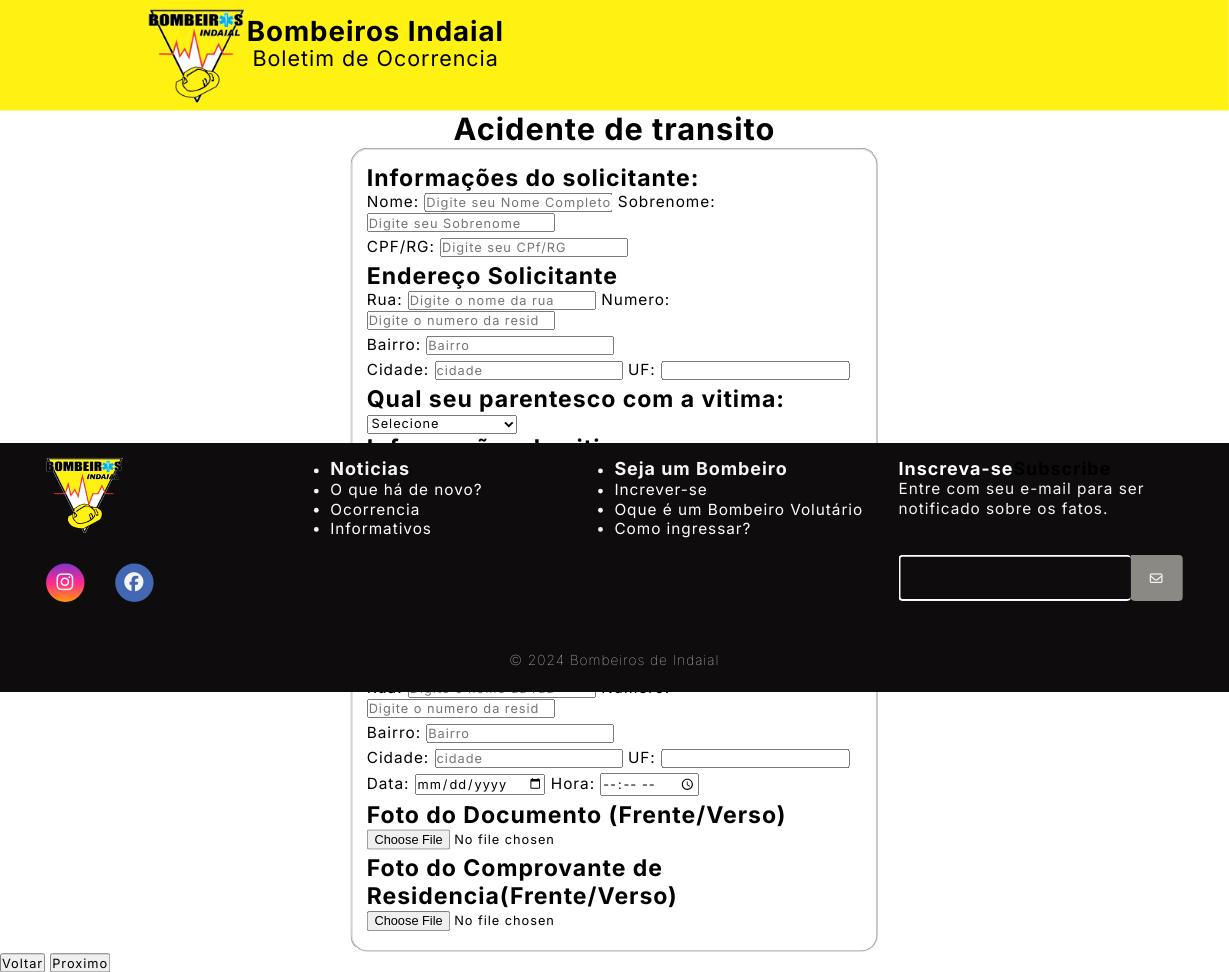
Repository: ThaylonKnopf/ProjetoBV
Page: AcidenteTransito/transitoparente/Form.html
These files come from the project's save history. The page is drawn as it stood at one moment and after a run of saves; the edit follows.
The browser window is 1280 px wide. The pictures show the whole page, at 96% of full size.

Above is the page before, as saved 2024-04-08 11:39:07.

### AcidenteTransito/transitoparente/Form.html
<!DOCTYPE html>
<html lang="pt-BR">

    <head>
        <meta charset="UTF-8">
        <meta name="viewport" content="width=device-width, initial-scale=1.0">
        <title>Requisição de B.O.</title>
        <link rel="stylesheet" href="estilo-fato.css">
        <link rel="shortcut icon"
            href="https://storage.googleapis.com/production-hostgator-brasil-v1-0-9/629/1202629/afAiZAhX/4db7fe933b1247ebbdbe06664fbece59">
        <link rel="stylesheet" href="https://cdnjs.cloudflare.com/ajax/libs/font-awesome/6.5.2/css/all.min.css"
            integrity="sha512-SnH5WK+bZxgPHs44uWIX+LLJAJ9/2PkPKZ5QiAj6Ta86w+fsb2TkcmfRyVX3pBnMFcV7oQPJkl9QevSCWr3W6A=="
            crossorigin="anonymous" referrerpolicy="no-referrer" />

    </head>

    <body>
        <header>
            <link rel="stylesheet" href="/header/footer/header.css">
            <main>
                <source media="(min-width:320px)" srcset="" sizes="300px">
                <div class="titulo">
                    <h1>Bombeiros&nbsp;Indaial</h1>
                </div>
                <div class="img">
                    <a href="https://bombeirosindaial.com.br/" target="_blank"><img src="../img/m.png"
                            alt="logo-bombeiro"></a>
                </div>
                <div class="p">
                    <p>Boletim&nbsp;de&nbsp;Ocorrencia</p>
                </div>
                </nav>
            </main>
        </header>
        <main class="menuh1">
            <h1>Acidente de transito</h1>
        </main>
        <form>
            <fieldset>
                <h2>Informações do solicitante:</h2>
                <div class="campo" required>
                    <label for="nome">Nome:</label>
                    <input type="text" name="nome" id="nome" placeholder="Digite seu Nome Completo" required>
                    <label for="sobrenome">Sobrenome:</label>
                    <input type="text" name="sobrenome" id="sobrenome" placeholder="Digite seu Sobrenome" required>
                </div>
                <div id="cpf">
                    <label for="cfp">CPF/RG:</label>
                    <input type="text" name="cfp" id="cpf" placeholder="Digite seu CPf/RG" required>
                </div>
                <h2>Endereço Solicitante</h2>
                <div id="rua">
                    <label for="rua">Rua:</label>
                    <input type="text" name="rua" id="rua" placeholder="Digite o nome da rua" required>
                    <label for="rua">Numero:</label>
                    <input type="number" name="numero" id="numero" placeholder="Digite o numero da residencia."
                        required>
                </div>
                <div id="bairro">
                    <label for="bairro">Bairro:</label>
                    <input type="text" name="bairro" id="bairro" placeholder="Bairro" required>
                </div>
                <div>
                    <label for="cidade">Cidade:</label>
                    <input type="text" name="cidade" id="cidade" placeholder="cidade" required>
                    <label for="estado">UF:</label>
                    <input type="text" name="estado" id="estado" required>
                </div>
                <h2>Qual seu parentesco com a vitima:</h2>
                <select name="parentesco" id="parente">
                    <option selected disabled value="">Selecione</option>
                    <option>Pai/Mae</option>
                    <option>Irmão/Irmã</option>
                    <option>Conjuge</option>
                    <option>Filho/Filha</option>
                    <option>Avô/Avó</option>
                    <option>Responsável Legal</option>
                </select>
                <h2>Informações da vitima:</h2>
                <div class="campov">
                    <label for="nomev">Nome:</label>
                    <input type="text" name="nome" id="nomev" placeholder="Digite seu Nome" required>
                    <label for="sobrenome">Sobrenome:</label>
                    <input type="text" name="sobrenome" id="sobrenomev" placeholder="Digite seu Sobrenome" required>
                </div>
                <div id="cpfv">
                    <label for="cfp">CPF/RG:</label>
                    <input type="text" name="cfp" id="cpfv" placeholder="Digite seu CPf/RG" required>
                </div>
                <h2>Endereço Vitima</h2>
                <div id="ruav">
                    <label for="rua">Rua:</label>
                    <input type="text" name="rua" id="ruavi" placeholder="Digite o nome da rua" required>
                    <label for="numero">Numero:</label>
                    <input type="number" name="numero" id="numerov" placeholder="Digite o numero da residencia."
                        required>
                </div>
                <div id="bairrov">
                    <label for="bairro">Bairro:</label>
                    <input type="text" name="bairro" id="bairrov" placeholder="Bairro" required>
                </div>
                <div>
                    <label for="cidade">Cidade:</label>
                    <input type="text" name="cidade" id="cidadev" placeholder="cidade" required>
                    <label for="estado">UF:</label>
                    <input type="text" name="estado" id="estadov" required>
                <h2>Informações da ocorrencia:</h2>
                <div id="ruao">
                    <label for="rua">Rua:</label>
                    <input type="text" name="rua" id="ruaoc" placeholder="Digite o nome da rua" required>
                    <label for="numero">Numero:</label>
                    <input type="number" name="numero" id="numeroc" placeholder="Digite o numero da residencia."
                        required>
                </div>
                <div id="bairroc">
                    <label for="bairro">Bairro:</label>
                    <input type="text" name="bairro" id="bairroc" placeholder="Bairro" required>
                </div>
                <div>
                    <label for="cidade">Cidade:</label>
                    <input type="text" name="cidade" id="cidadec" placeholder="cidade" required>
                    <label for="estado">UF:</label>
                    <input type="text" name="estado" id="estadoc" required>
                </div>
                <div id="data">
                    <label for="data">Data:</label>
                    <input type="date" name="dataoc" id="dataoc">
                    <label for="hora">Hora:</label>
                    <input type="time" name="horaoc" id="horaoc">
                </div>
                <div class="doc">
                    <h2>Foto do Documento (Frente/Verso)</h2>
                    <input type="file" name="doc" id="doc">
                </div>
                <div class="res">
                    <h2>Foto do Comprovante de Residencia(Frente/Verso)</h2>
                    <input type="file" name="doc">
                </div>
            </fieldset>
    </form>
        <main class="main-botao">
            <div class="continuar" required>
                <a href="../transitoselecionar/transito1.html"><button class="voltar">Voltar</button></a>
                <a href="/AcidenteTransito/transitoparente/Concluido.html"><button class="prox" required>Proximo</button></a>
            </div>
        </main>
        <footer id="footer">
            <link rel="stylesheet" href="/header/footer/footer.css">
            <div id="footer_content">
                <div id="footer_contacts">
                    <a href="https://bombeirosindaial.com.br/" target="_blank">
                        <h1>
                            <img src="../img/m.png" width="80px" alt="">
                        </h1>
                    </a>
                    <div id="footer_social_media">
                        <a href="#" class="footer-link" id="instagram">
                            <i class="fa-brands fa-instagram"></i>
                        </a>
                        <a href="#" class="footer-link" id="facebook">
                            <i class="fa-brands fa-facebook"></i>
                        </a>
                    </div>
                </div>
                <ul class="footer-list">
                    <li>
                        <h3>Noticias</h3>
                    </li>
                    <li>
                        <a href="#" class="footer-link">O que há de novo?</a>
                    </li>
                    <li>
                        <a href="#" class="footer-link">Ocorrencia</a>
                    </li>
                    <li>
                        <a href="#" class="footer-link">Informativos</a>
                    </li>
                </ul>
                <ul class="footer-lists">
                    <li>
                        <h3 id="pro">Seja um Bombeiro</h3>
                    </li>
                    <li>
                        <a href="#" class="footer-links">Increver-se</a>
                    </li>
                    <li>
                        <a href="#" class="footer-links">Oque é um Bombeiro Volutário</a>
                    </li>
                    <li>
                        <a href="#" class="footer-links">Como ingressar?</a>
                    </li>
                </ul>
                <div id="footer_subscribe">
                    <h3>Subscribe</h3>
                    <p>
                        Entre com seu e-mail para ser notificado sobre os fatos.
                    </p>
                    <div id="input_group">
                        <input type="email" id="email">
                        <button>
                            <i class="fa-regular fa-envelope"></i>
                        </button>
                    </div>
                </div>
            </div>
            <div id="footer_copyright">
                &#169
                2024 Bombeiros de Indaial
            </div>
        </footer>
        <script src="script.js"></script>
    </body>

</html>

### AcidenteTransito/transitoparente/estilo-fato.css
@charset "UTF-8";

@import url('https://fonts.googleapis.com/css2?family=Bebas+Neue&family=Inter:wght@100..900&display=swap');

:root {
    --color-neutral-0: #0e0c0c;
    --color-neutral-10: #171717;
    --color-neutral-30: #a8a29e;
    --color-neutral-40: #f5f5f5;

}

* {
    margin: 0PX;
    padding: 0PX;
    font-family: 'Inter', sans-serif;
    box-sizing: border-box;
    letter-spacing: 1px;
}

P {
    margin: 15px 0px 15px 0px;
}
.menuh1{
    margin:auto;
    max-width: 470px;
    text-align: center;
}

form{
    max-width: 550px;
    margin: auto;
}
fieldset{
    border-radius: 18px;
    padding: 15px;
}
fieldset div{
    margin-bottom: 5px;
}

@media (max-width: 970px) {
    .menu section {
        width: 80%;
    }
    .menuh1{
        width: 80%;
    }
    form fieldset{
        width: 470px;
        margin: 10px;
    }
    fieldset div{
        display: grid;
    }
    fieldset div input{
        margin-left: 25px;
        margin-right: 20px;
    }

    .res{
        margin-right: 20px;
        margin-bottom: 20px;
    }
    .menuh1 form h2{
        margin-left: 10px;
    }
}
@media screen and (max-width: 376px) {
    .tit{
        margin-top: -100px;
    }
    .menu .container{
        width: 80%;
        margin-top: 150px;
    }
    .menu {
        width: 300px;
    }
}
@media screen and (max-width: 375px) {
    .tit{
        margin-top: -100px;
    }
    .menu .container{
        width: 80%;
        margin-top: 150px;
    }
    .menu {
        width: 300px;
    }
}

### header/footer/header.css
@charset "UTF-8";

@import url('https://fonts.googleapis.com/css2?family=Bebas+Neue&family=Inter:wght@100..900&display=swap');

:root {
    --color-neutral-0: #0e0c0c;
    --color-neutral-10: #171717;
    --color-neutral-30: #a8a29e;
    --color-neutral-40: #f5f5f5;

}

* {
    margin: 0PX;
    padding: 0PX;
    font-family: 'Inter', sans-serif;
    box-sizing: border-box;
    letter-spacing: 1px;
}

main {
    height: auto;
}
main .titu{
    text-align: center;
}

P {
    margin: 15px 0px 15px 0px;
}

header {
    background-color: #FFF212;
    height: 115px;
    padding-top: 10px;
    padding-bottom: 0px;
}

header main {
    background-color: #FFF212;
    width: 900px;
    margin: auto;
    padding-top: 0px;
    padding-bottom: 0px;
    height: 90px;

}

header main h1 {
    margin-left: 67px;
    font-size: 1.8em;
    padding-top: 5px;
    margin-top: 0px;
}

header main img {
    width: 100px;
    margin-top: -40px;
    margin-left: -35px;
}

header main p {
    margin-left: 73px;
    margin-top: -64px;
    font-size: 1.4em;
}
@media screen and (max-width: 976px) {
    header main{
        margin: auto;
        width: 80%;
    }
}

@media screen and (max-width: 499px) {
    header{
        height: 110px;
    }
    header main{
        margin: auto;
        font-size: 12px;
        align-items: center;
    }
    header main img{
        width: 80px;
        margin-top: -25px;
        margin-left: -15px;
    }
    header main h1{
        margin-bottom: 5px;
        margin-left: 70px;
    }
    header main p {
        margin-top: -55px;
    }
}

### header/footer/footer.css
@charset "UTF-8";

@import url('https://fonts.googleapis.com/css2?family=Bebas+Neue&family=Inter:wght@100..900&display=swap');

:root {
    --color-neutral-0: #0e0c0c;
    --color-neutral-10: #171717;
    --color-neutral-30: #a8a29e;
    --color-neutral-40: #f5f5f5;

}

* {
    margin: 0PX;
    padding: 0PX;
    font-family: 'Inter', sans-serif;
    box-sizing: border-box;
    letter-spacing: 1px;
}

footer {
    position: fixed;
    bottom: 0;
    left: 0%;
    color: var(--color-neutral-40);
}

.footer-link {
    text-decoration: none;
    color: white;
}

.footer-links {
    text-decoration: none;
    color: white;
}

#footer_content {
    background-color: var(--color-neutral-0);
    display: grid;
    grid-template-columns: repeat(4, 1fr);
    padding: 1rem 3rem;
    max-height: 205px;

}

#footer_contacts {
    margin-bottom: 0.75rem;
}

#footer_social_media {
    display: flex;
    gap: 2rem;
    margin-top: 1.5rem;
}

#footer_social_media .footer-link {
    display: flex;
    align-items: center;
    justify-content: center;
    height: 2.5rem;
    width: 2.5rem;
    color: var(--color-neutral-40);
    border-radius: 50%;
    transition: 0.4s;
}

#footer_social_media .footer-link i {
    font-size: 1.25rem;
}

#footer_social_media .footer-link:hover {
    opacity: 0.8;
}

#instagram {
    background: linear-gradient(#7f37c9, #ff2992, #ff9807);
    text-decoration: none;
}

#facebook {
    background-color: #4267b3;
    text-decoration: none;
}

.footer_list {
    display: flex;
    flex-direction: column;
    gap: 0.75rem;
    list-style: none;

}

.footer-link:hover{
    text-decoration: underline;
}
.footer-links:hover{
    text-decoration: underline;
}

#footer_subscribe {
    display: flex;
    flex-direction: column;
    gap: 1.5rem;
}

#footer_subscribe h3::before{
    content: "Inscreva-se";
    color:white;
}
#footer_subscribe h3{
    color:black;
    margin-bottom: -40px;
}
#footer_subscribe p {
    color: var(--color-neutral-40);
}

#input_group {
    display: flex;
    align-items: center;
    background-color: 4px;
    border-radius: 4px;
}

#input_group input {
    all: unset;
    padding: 0.75rem;
    width: 100%;
    border-top: 2px solid white;
    border-bottom: 2px solid white;
    border-left: 2px solid white;
    border-radius: 4px;
}

#input_group button {
    background-color: #8a8984;
    border: none;
    color: var(--color-neutral-40);
    padding: 0px 1.25rem;
    height: 100%;
    border-radius: 0px 4px 4px 4px;
    cursor: pointer;
    transition: all 0.4s;
}

#input_group button:hover {
    opacity: 0.8;
}

#footer_copyright {
    display: flex;
    justify-content: center;
    background-color: var(--color-neutral-0);
    font-size: 0.9rem;
    padding: 1.5rem;
    font-weight: 100;
}

@media screen and (max-width:768px) {
    #footer_content {
        grid-template-columns: repeat(2, 1fr);
        gap: 2rem;
    }

    #input_group input {
        border-top: 2px solid rgb(0, 0, 0);
        border-bottom: 2px solid rgb(0, 0, 0);
        border-left: 2px solid rgb(0, 0, 0);
        border-radius: 4px;

    }

    #footer {
        position: relative;
    }

    #footer_subscribe{
        margin-top: 65px;
    }

    #footer_subscribe h3::before {
        color: rgb(0, 0, 0);
        content: "Inscreva-se";
    }
    #footer_subscribe h3{
        color:white;

    }

    #footer_subscribe p {
        color: rgb(0, 0, 0);
        margin-top: 15px;
    }

    .footer-lists{
        margin-top: 65px;
    }

    .footer-links {
        color: black;
        text-decoration: none;
    }

    #pro {
        color: black;
    }
    .footer-links:hover {
        color: black;
        text-decoration: underline;
    }
    .footer-link:hover {
        text-decoration: underline;
    }


}

@media screen and (max-width:426px) {
    #footer_content {
        grid-template-columns: repeat(1, 1fr);
        padding: 3rem 2;
    }

    #input_group input {
        border-top: 2px solid rgb(0, 0, 0);
        border-bottom: 2px solid rgb(0, 0, 0);
        border-left: 2px solid rgb(0, 0, 0);
        border-radius: 4px;
    }

    #footer {
        position: relative;
    }

    #footer_subscribe .p {
        color: black;
    }
    #footer_copyright {
        position: absolute;
        height: 100px;
        bottom:0;
        left: 0;
        width: 100%;
    }

    .footer-list {
        color:black;
        margin-top: 20px;
    }
    .footer-link {
        color: black;
    }
    .footer-lists {
        color:black;
        margin-top: 2px;
    }

    .footer-links {
        color: black;
    }

    #pro {
        color: black;
    }
    .footer-links:hover {
        color: black;
        text-decoration: underline;
    }
    #input_group button {
        background-color: #8a8984;
        border: none;
        color: var(--color-neutral-40);
        padding: 0px 1.25rem;
        height: 80%;
        border-radius: 4px 4px 4px 4px;
        cursor: pointer;
        transition: all 0.4s;
        margin-bottom: 10px;
        margin-left: 1px;
    }
    #input_group input {
        border-top: 2px solid rgb(0, 0, 0);
        border-bottom: 1px solid rgb(0, 0, 0);
        border-left: 2px solid rgb(0, 0, 0);
        border-radius: 4px;
        margin-bottom: 15px;
    }
    #footer_contacts{
        margin: 0px auto;
    }
    #footer_contacts h1{
        margin-left: 13px;
    }
}

@media screen and (max-width: 413px) {
    #footer_content{
        margin-bottom: 140px;
    }
}

Loaded but not shown: AcidenteTransito/transitoparente/script.js (no copy from this time; the picture is the same without it)

After the next 3 saves:
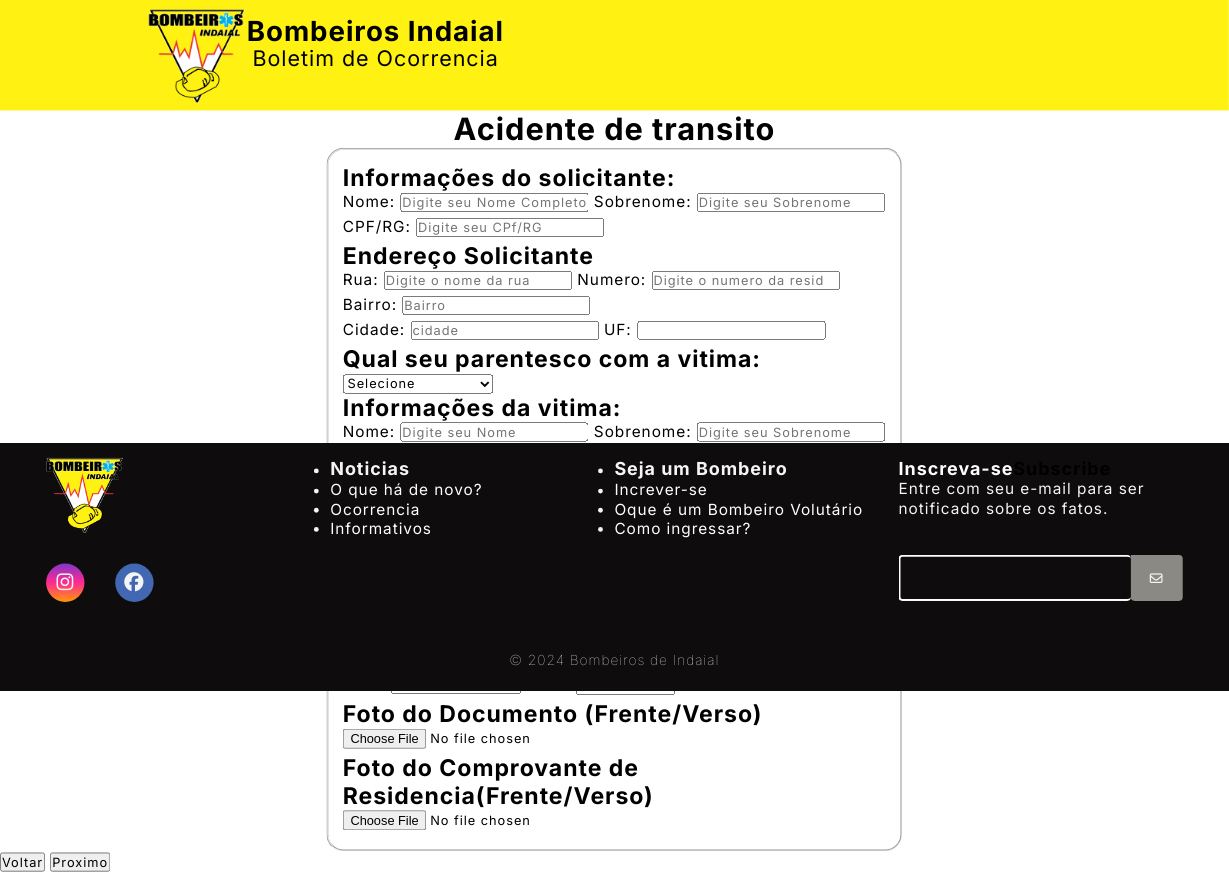
The 3 saves are shown as one change because they came seconds apart.
The last was saved 8 s later.
--- a/AcidenteTransito/transitoparente/estilo-fato.css
+++ b/AcidenteTransito/transitoparente/estilo-fato.css
@@ -28,7 +28,7 @@
 }
 
 form{
-    max-width: 550px;
+    max-width: 600px;
     margin: auto;
 }
 fieldset{
